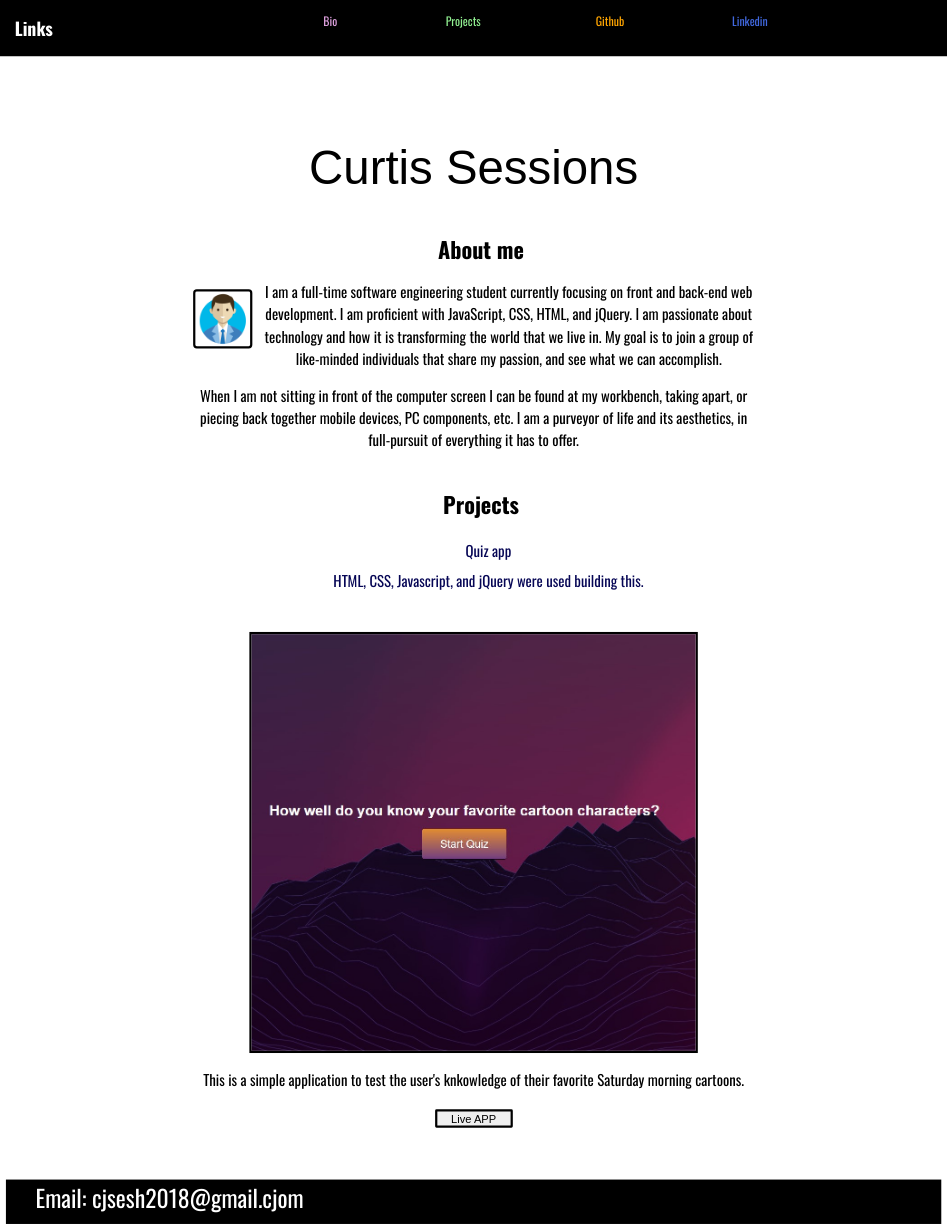
Repository: cjsesh00/NewProfile
Page: index.html
The author's editor kept a copy of each file at every save. The page is drawn from the files as they stood at one save, then again after the next save.
The browser window is 1280 px wide. The pictures show the whole page, at 74% of full size.
Some web fonts or font styles are not loaded; a fallback is used. Some web libraries are served in a nearby version.

Above is the page before, as saved 2020-03-08 17:52:20.
Not found: scripts/index.js

After the next save:
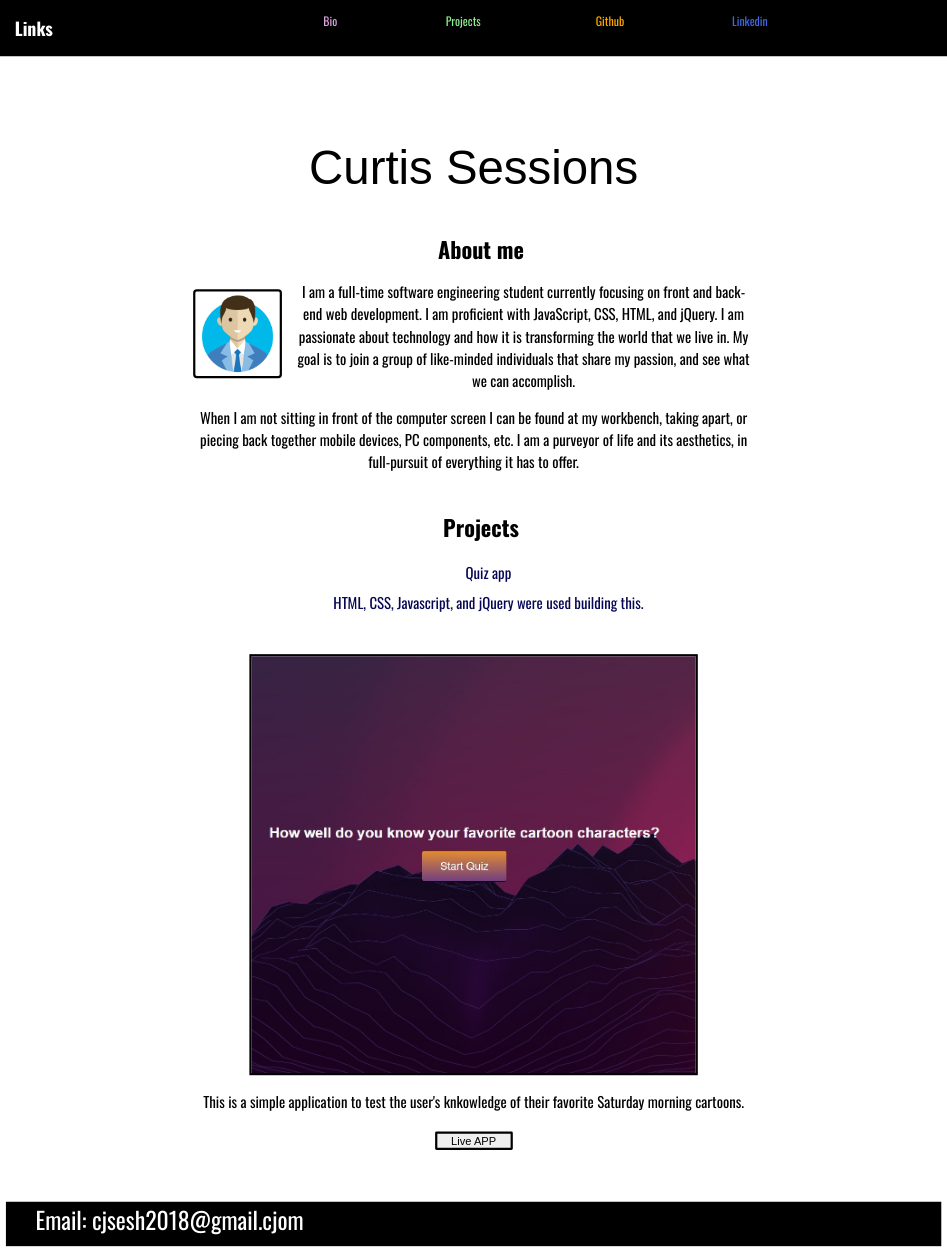
Saved 3 min 5 s later.
--- a/main.css
+++ b/main.css
@@ -17,7 +17,7 @@ body{
 
 .profile-photo{
   float: left;
-  width: 80px;
+  width: 120px;
   margin-top: 32px;
   margin-right: 15px;
   border: solid black;
